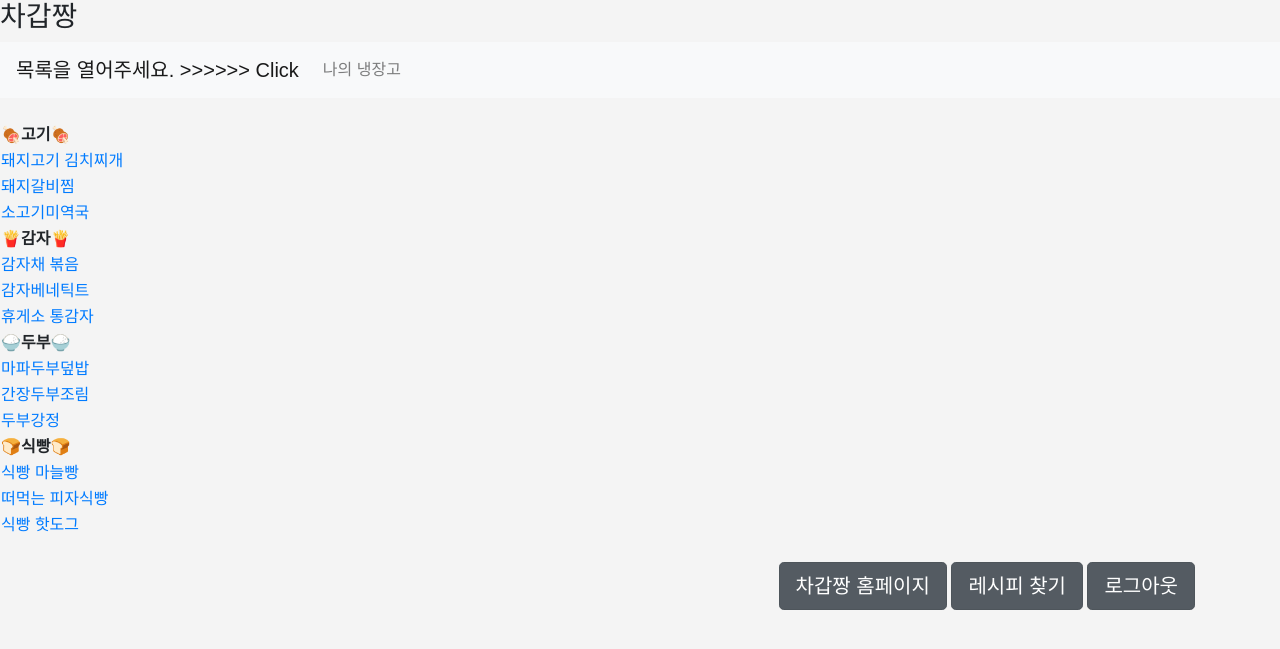
Repository: yousunning/coldzzang-miniproject
Page: http://localhost/cold/WEB-INF/views/dobo.jsp
An editor plug-in stored every save of this project. The page is shown before and after the next save, followed by the edit.
The browser window is 1280 px wide. The pictures show the whole page.
The page is served by Tomcat 9. Nobody is signed in. Other server files are loaded and not shown. The template is opened directly, without the code that normally fills it, so the values that code supplies are empty.

Above is the page before, as saved 2024-01-23 08:37:34.

### cold/src/main/webapp/WEB-INF/views/dobo.jsp
<%@ page language="java" contentType="text/html; charset=UTF-8"
    pageEncoding="UTF-8"%>
<!DOCTYPE html>

<html>
<head>
    <title>차갑짱 레시피</title>
    <meta name="viewport" content="width=device-width, initial-scale=1">
    <!-- Bootstrap CSS -->
    <link href="https://stackpath.bootstrapcdn.com/bootstrap/4.3.1/css/bootstrap.min.css" rel="stylesheet">
 <style>

        body {
            background-color: #f4f4f4;
            font-family: 'Arial', sans-serif;
        }
  </style>
</head>
<body>
    <h3>차갑짱</h3>
    <nav class="navbar navbar-expand-lg navbar-light bg-light">
        <a class="navbar-brand" href="/food/List/login">목록을 열어주세요. >>>>>> Click</a>
        <button class="navbar-toggler" type="button" data-toggle="collapse" data-target="#navbarNav" aria-controls="navbarNav" aria-expanded="false" aria-label="Toggle navigation">
            <span class="navbar-toggler-icon"></span>
        </button>
        <div class="collapse navbar-collapse" id="navbarNav">
            <ul class="navbar-nav">
                <li class="nav-item">
                    <a class="nav-link" href="/food/List/myRefrigerator">나의 냉장고</a>
                </li>
            </ul>
        </div>
    </nav>

    </div>
    <br>
   <table>
  <!-- Meat Dishes Section -->
  <tr>
    <th>🍖고기🍖</th>
  </tr>
  <tr>
    <td><a href="https://www.10000recipe.com/recipe/1785098" role="button" aria-pressed="true">돼지고기 김치찌개</a></td>
  </tr>
  <tr>
    <td><a href="https://www.10000recipe.com/recipe/6872886" role="button" aria-pressed="true">돼지갈비찜</a></td>
  </tr>
  <tr>
    <td><a href="https://www.10000recipe.com/recipe/6873683" role="button" aria-pressed="true">소고기미역국</a></td>
  </tr>

  <!-- Potato Dishes Section -->
  <tr>
    <th>🍟감자🍟</th>
  </tr>
  <tr>
    <td><a href="https://www.10000recipe.com/recipe/4007561" role="button" aria-pressed="true">감자채 볶음</a></td>
  </tr>
  <tr>
    <td><a href="https://www.10000recipe.com/recipe/6987503" role="button" aria-pressed="true">감자베네틱트</a></td>
  </tr>
  <tr>
    <td><a href="https://www.10000recipe.com/recipe/6830079" role="button" aria-pressed="true">휴게소 통감자</a></td>
  </tr>
  <tr>
  <th>🍚두부🍚</th>
  </tr>
  <tr>
  <td><a href ="https://www.10000recipe.com/recipe/6830294" role="button" aria-pressed="ture">마파두부덮밥</a></td>
  </tr>
  <tr>
  <td><a href ="https://www.10000recipe.com/recipe/6836561" role="button" aria-pressed="ture">간장두부조림</a></td>
  </tr>
  <tr>
  <td><a href ="https://www.10000recipe.com/recipe/6892065" role="button" aria-pressed="ture">두부강정</a></td>
  </tr>
    <th>🍞식빵🍞</th>
  </tr>
  <tr>
  <td><a href ="https://www.10000recipe.com/recipe/6833972" role="button" aria-pressed="ture">식빵 마늘빵</a></td>
  </tr>
  <tr>
  <td><a href ="https://www.10000recipe.com/recipe/6882613" role="button" aria-pressed="ture">떠먹는 피자식빵</a></td>
  </tr>
  <tr>
  <td><a href ="https://www.10000recipe.com/recipe/6857983" role="button" aria-pressed="ture">식빵 핫도그</a></td>
  </tr>
</table>

    <!-- 메인 컨텐츠 -->
    <div class="container mt-4" style="text-align:right;">
    <!-- 링크를 버튼처럼 스타일링 -->
    <a href="/food/List/homepage" class="btn btn-secondary btn-lg active" role="button" aria-pressed="true">차갑짱 홈페이지</a>
    <a href="/food/List/recipe" class="btn btn-secondary btn-lg active" role="button" aria-pressed="true">레시피 찾기</a>
    <a href="/food/List/login" class="btn btn-secondary btn-lg active" role="button" aria-pressed="true">로그아웃</a>
</div>
    <!-- jQuery, Popper.js, Bootstrap JS -->
    <script src="https://code.jquery.com/jquery-3.3.1.slim.min.js"></script>
    <script src="https://cdnjs.cloudflare.com/ajax/libs/popper.js/1.14.7/umd/popper.min.js"></script>
    <script src="https://stackpath.bootstrapcdn.com/bootstrap/4.3.1/js/bootstrap.min.js"></script>
</body>
</html>

After the next save:
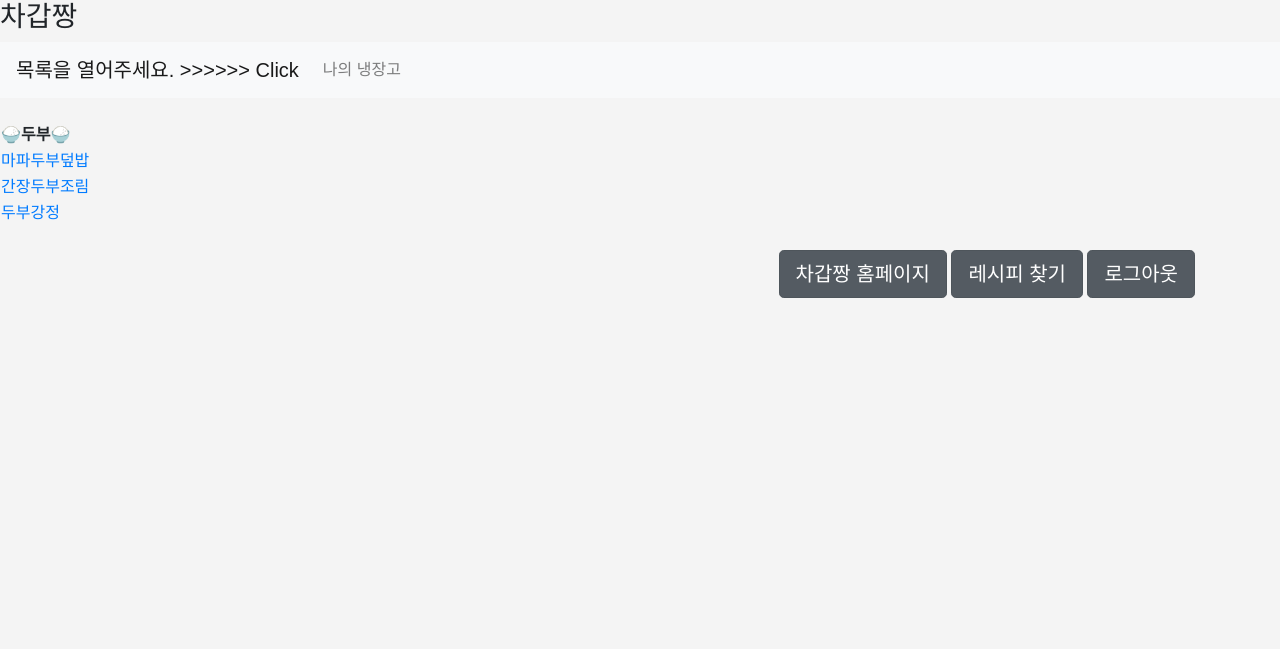
Saved 37 s later.
--- a/cold/src/main/webapp/WEB-INF/views/dobo.jsp
+++ b/cold/src/main/webapp/WEB-INF/views/dobo.jsp
@@ -37,32 +37,6 @@
    <table>
   <!-- Meat Dishes Section -->
   <tr>
-    <th>🍖고기🍖</th>
-  </tr>
-  <tr>
-    <td><a href="https://www.10000recipe.com/recipe/1785098" role="button" aria-pressed="true">돼지고기 김치찌개</a></td>
-  </tr>
-  <tr>
-    <td><a href="https://www.10000recipe.com/recipe/6872886" role="button" aria-pressed="true">돼지갈비찜</a></td>
-  </tr>
-  <tr>
-    <td><a href="https://www.10000recipe.com/recipe/6873683" role="button" aria-pressed="true">소고기미역국</a></td>
-  </tr>
-
-  <!-- Potato Dishes Section -->
-  <tr>
-    <th>🍟감자🍟</th>
-  </tr>
-  <tr>
-    <td><a href="https://www.10000recipe.com/recipe/4007561" role="button" aria-pressed="true">감자채 볶음</a></td>
-  </tr>
-  <tr>
-    <td><a href="https://www.10000recipe.com/recipe/6987503" role="button" aria-pressed="true">감자베네틱트</a></td>
-  </tr>
-  <tr>
-    <td><a href="https://www.10000recipe.com/recipe/6830079" role="button" aria-pressed="true">휴게소 통감자</a></td>
-  </tr>
-  <tr>
   <th>🍚두부🍚</th>
   </tr>
   <tr>
@@ -73,17 +47,6 @@
   </tr>
   <tr>
   <td><a href ="https://www.10000recipe.com/recipe/6892065" role="button" aria-pressed="ture">두부강정</a></td>
-  </tr>
-    <th>🍞식빵🍞</th>
-  </tr>
-  <tr>
-  <td><a href ="https://www.10000recipe.com/recipe/6833972" role="button" aria-pressed="ture">식빵 마늘빵</a></td>
-  </tr>
-  <tr>
-  <td><a href ="https://www.10000recipe.com/recipe/6882613" role="button" aria-pressed="ture">떠먹는 피자식빵</a></td>
-  </tr>
-  <tr>
-  <td><a href ="https://www.10000recipe.com/recipe/6857983" role="button" aria-pressed="ture">식빵 핫도그</a></td>
   </tr>
 </table>
 
